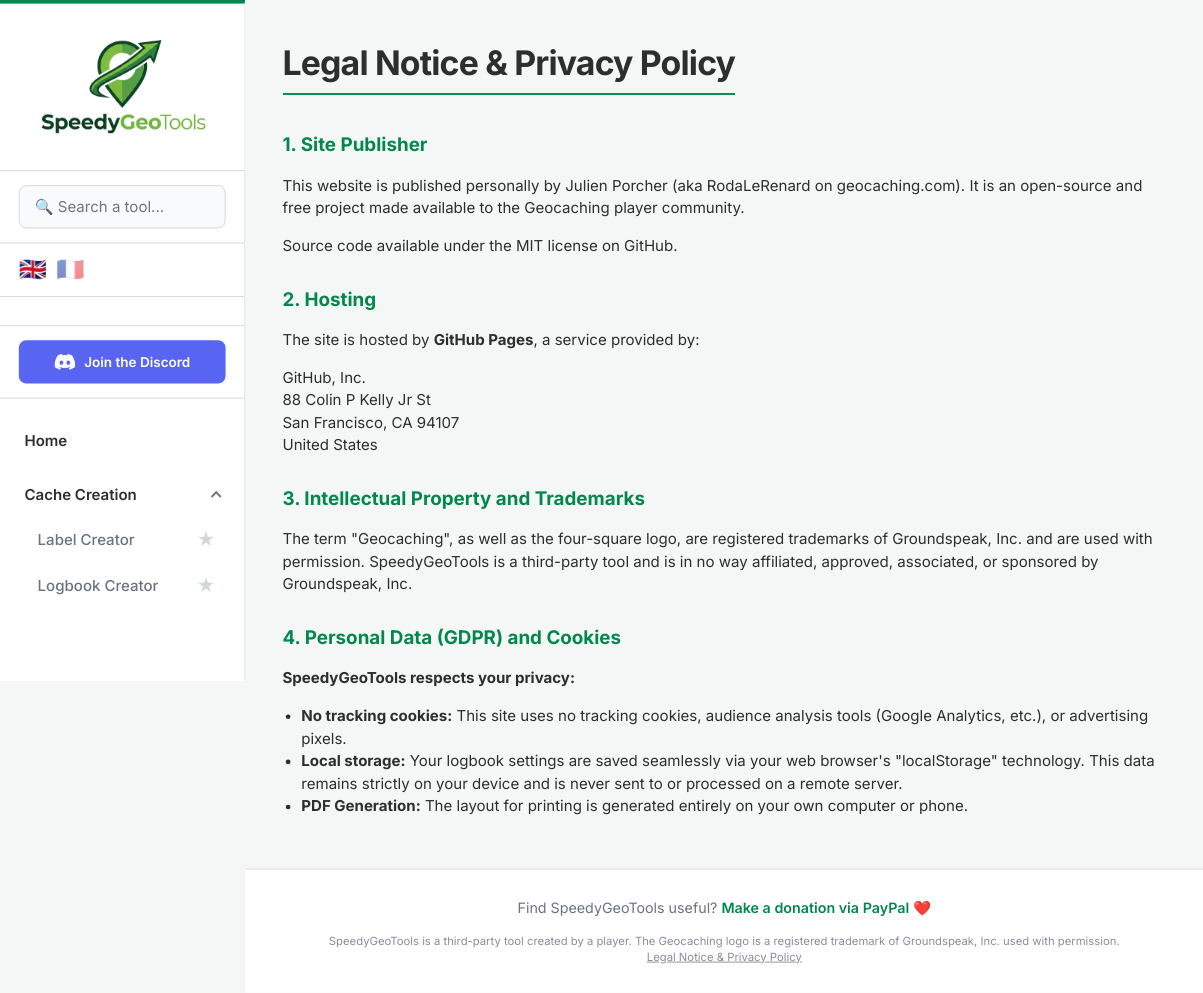
Repository: rodafux/SpeedyGeoTools
Page: legal.html
These files come from the project's save history. The page is drawn as it stood at one moment and after the next save; the edit follows.
The browser window is 1280 px wide. The pictures show the whole page, at 94% of full size.

Above is the page before, as saved 2026-04-11 01:43:03.

### legal.html
<!DOCTYPE html>
<html lang="en">
<head>
    <meta charset="UTF-8">
    <meta name="viewport" content="width=device-width, initial-scale=1.0">
    <title>Legal Notice - SpeedyGeoTools</title>
    <meta name="description" content="Legal notice and privacy policy of SpeedyGeoTools.">
    <link rel="alternate" hreflang="en" href="https://speedygeotools.com/legal.html" />
    <link rel="alternate" hreflang="fr" href="https://speedygeotools.com/fr/legal.html" />
    <link rel="alternate" hreflang="x-default" href="https://speedygeotools.com/legal.html" />
    <link rel="preconnect" href="https://fonts.googleapis.com">
    <link rel="preconnect" href="https://fonts.gstatic.com" crossorigin>
    <link href="https://fonts.googleapis.com/css2?family=Inter:wght@400;500;600;700&display=swap" rel="stylesheet">
    <link rel="stylesheet" href="css/style.css">
</head>
<body>
    <div class="app-sidebar no-print">
        <div class="sidebar-header">
            <a href="index.html" class="sidebar-brand">
                <img src="logo.png" alt="SpeedyGeoTools" class="brand-logo">
            </a>
            <button class="mobile-menu-toggle" onclick="toggleMobileMenu()">☰</button>
        </div>
        <div class="sidebar-content" id="sidebarContent">
            <div class="search-container">
                <input type="text" id="toolSearch" placeholder="🔍 Search a tool..." onkeyup="filterTools()">
            </div>
            <div style="padding: 10px 20px; border-bottom: 1px solid var(--border-color); display: flex; gap: 10px;">
                <a href="legal.html" style="text-decoration: none; font-size: 1.5rem; opacity: 1;">🇬🇧</a>
                <a href="fr/legal.html" style="text-decoration: none; font-size: 1.5rem; opacity: 0.5;">🇫🇷</a>
            </div>
            <div id="google_translate_element" class="translation-widget"></div>
            <div class="sidebar-discord">
                <a href="https://discord.gg/7D9yHJCKaA" target="_blank">
                    <svg viewBox="0 0 127.14 96.36" width="22" height="22" fill="currentColor"><path d="M107.7,8.07A105.15,105.15,0,0,0,81.47,0a72.06,72.06,0,0,0-3.36,6.83A97.68,97.68,0,0,0,49,6.83,72.37,72.37,0,0,0,45.64,0,105.89,105.89,0,0,0,19.39,8.09C2.79,32.65-1.71,56.6.54,80.21h0A105.73,105.73,0,0,0,32.71,96.36,77.7,77.7,0,0,0,39.6,85.25a68.42,68.42,0,0,1-10.85-5.18c.91-.66,1.8-1.34,2.66-2a75.57,75.57,0,0,0,64.32,0c.87.71,1.76,1.39,2.66,2a68.68,68.68,0,0,1-10.87,5.19,77,77,0,0,0,6.89,11.1A105.25,105.25,0,0,0,126.6,80.22h0C129.24,52.84,122.09,29.11,107.7,8.07ZM42.45,65.69C36.18,65.69,31,60,31,53s5-12.74,11.43-12.74S54,46,53.89,53,48.84,65.69,42.45,65.69Zm42.24,0C78.41,65.69,73.31,60,73.31,53s5-12.74,11.43-12.74S96.33,46,96.22,53,91.08,65.69,84.69,65.69Z"/></svg>
                    <span>Join the Discord</span>
                </a>
            </div>
            <div class="sidebar-nav">
                <a href="index.html">Home</a>
                <details open>
                    <summary>Cache Creation</summary>
                    <a href="labels.html">Label Creator</a>
                    <a href="logbook.html">Logbook Creator</a>
                </details>
            </div>
        </div>
    </div>
    <div class="app-content">
        <div class="container legal-content">
            <h1>Legal Notice & Privacy Policy</h1>
            <h2>1. Site Publisher</h2>
            <p>This website is published personally by Julien Porcher (aka RodaLeRenard on geocaching.com). It is an open-source and free project made available to the Geocaching player community.</p>
            <p>Source code available under the MIT license on GitHub.</p>
            <h2>2. Hosting</h2>
            <p>The site is hosted by <strong>GitHub Pages</strong>, a service provided by:</p>
            <p>GitHub, Inc.<br>88 Colin P Kelly Jr St<br>San Francisco, CA 94107<br>United States</p>
            <h2>3. Intellectual Property and Trademarks</h2>
            <p>The term "Geocaching", as well as the four-square logo, are registered trademarks of Groundspeak, Inc. and are used with permission. SpeedyGeoTools is a third-party tool and is in no way affiliated, approved, associated, or sponsored by Groundspeak, Inc.</p>
            <h2>4. Personal Data (GDPR) and Cookies</h2>
            <p><strong>SpeedyGeoTools respects your privacy:</strong></p>
            <ul>
                <li><strong>No tracking cookies:</strong> This site uses no tracking cookies, audience analysis tools (Google Analytics, etc.), or advertising pixels.</li>
                <li><strong>Local storage:</strong> Your logbook settings are saved seamlessly via your web browser's "localStorage" technology. This data remains strictly on your device and is never sent to or processed on a remote server.</li>
                <li><strong>PDF Generation:</strong> The layout for printing is generated entirely on your own computer or phone.</li>
            </ul>
        </div>
        <footer class="site-footer no-print">
            <p>Find SpeedyGeoTools useful? <a href="https://paypal.me/JulienPorcher" target="_blank" rel="noopener noreferrer">Make a donation via PayPal</a> ❤️</p>
            <p class="disclaimer">
                SpeedyGeoTools is a third-party tool created by a player. The Geocaching logo is a registered trademark of Groundspeak, Inc. used with permission.<br>
                <a href="legal.html">Legal Notice & Privacy Policy</a>
            </p>
        </footer>
    </div>
    <script type="text/javascript" src="//translate.google.com/translate_a/element.js?cb=googleTranslateElementInit"></script>
    <script src="js/main.js"></script>
</body>
</html>

### css/style.css
:root {
    --primary-color: #02874D;
    --primary-hover: #01683B;
    --secondary-color: #F26522;
    --secondary-hover: #D9561C;
    --bg-body: #f4f7f5;
    --bg-surface: #ffffff;
    --text-main: #2b302c;
    --text-muted: #6b7280;
    --border-color: #d1d9d4;
    --shadow-sm: 0 1px 2px 0 rgba(0, 0, 0, 0.05);
    --shadow-md: 0 4px 6px -1px rgba(0, 0, 0, 0.1), 0 2px 4px -1px rgba(0, 0, 0, 0.06);
    --radius: 10px;
}
body {
    font-family: 'Inter', system-ui, -apple-system, sans-serif;
    margin: 0; padding: 0; background-color: var(--bg-body); color: var(--text-main);
    line-height: 1.5; display: flex; min-height: 100vh;
}
.app-sidebar {
    width: 260px; background-color: var(--bg-surface); border-right: 1px solid var(--border-color);
    display: flex; flex-direction: column; position: sticky; top: 0; height: 100vh; z-index: 1000;
    border-top: 4px solid var(--primary-color);
}
.sidebar-header {
    display: flex; justify-content: space-between; align-items: center; border-bottom: 1px solid var(--border-color);
    width: 100%; box-sizing: border-box; background-color: var(--bg-surface); z-index: 1001;
}
.sidebar-brand {
    padding: 24px 20px; display: flex; align-items: center; justify-content: center;
    text-decoration: none; overflow: hidden; width: 100%; box-sizing: border-box;
}
.brand-logo {
    width: 100%; max-width: 200px; height: auto; object-fit: contain; transform: scale(1.4); margin: 10px 0;
}
.mobile-menu-toggle {
    display: none; background: transparent !important; border: none; font-size: 2rem; cursor: pointer;
    color: var(--text-main); padding: 5px 20px; box-shadow: none !important; width: auto; margin: 0; flex-shrink: 0;
}
.sidebar-content {
    display: flex; flex-direction: column; flex: 1; overflow-y: auto;
}
.search-container {
    padding: 15px 20px; border-bottom: 1px solid var(--border-color);
}
.search-container input {
    width: 100%; padding: 10px 15px; font-size: 0.95rem; font-family: inherit; color: var(--text-main);
    background-color: var(--bg-body); border: 1px solid var(--border-color); border-radius: 20px; box-sizing: border-box; transition: all 0.2s;
}
.search-container input:focus {
    outline: none; border-color: var(--primary-color); background-color: #fff; box-shadow: 0 0 0 3px rgba(2, 135, 77, 0.15);
}
.translation-widget { padding: 15px 20px; border-bottom: 1px solid var(--border-color); }
.goog-te-gadget { color: transparent !important; font-size: 0px; }
.goog-logo-link { display: none !important; }
.goog-te-combo {
    width: 100%; padding: 10px; font-size: 0.9rem; font-family: 'Inter', sans-serif;
    color: var(--text-main); background-color: #f9fafb; border: 1px solid var(--border-color);
    border-radius: 8px; outline: none; cursor: pointer; box-sizing: border-box;
}
.goog-te-combo:focus { border-color: var(--primary-color); box-shadow: 0 0 0 3px rgba(2, 135, 77, 0.15); }
.sidebar-discord { padding: 15px 20px; border-bottom: 1px solid var(--border-color); }
.sidebar-discord a {
    display: flex; align-items: center; justify-content: center; gap: 10px;
    background-color: #5865F2; color: white !important; text-decoration: none !important;
    padding: 12px 15px; border-radius: 8px; font-weight: 600; font-size: 0.9rem;
    transition: background-color 0.2s, transform 0.1s;
}
.sidebar-discord a:hover { background-color: #4752C4; }
.skiptranslate iframe, .goog-te-banner-frame { display: none !important; }
body { top: 0px !important; position: static !important; }
#goog-gt-tt, .goog-te-balloon-frame, div[id^="goog-gt-"] { display: none !important; }
.goog-text-highlight { background-color: transparent !important; box-shadow: none !important; }
.sidebar-nav { padding: 20px 10px; display: flex; flex-direction: column; gap: 5px; }
.sidebar-nav details { margin-bottom: 5px; }
.sidebar-nav summary {
    cursor: pointer; padding: 12px 16px; color: var(--text-main); font-weight: 600;
    list-style: none; outline: none; border-radius: 8px; transition: background 0.2s; position: relative;
}
.sidebar-nav summary::-webkit-details-marker { display: none; }
.sidebar-nav summary:hover { background-color: var(--bg-body); }
.sidebar-nav summary::after {
    content: ""; position: absolute; right: 16px; top: calc(50% - 2px); width: 6px; height: 6px;
    border-right: 2px solid var(--text-muted); border-bottom: 2px solid var(--text-muted);
    transform: translateY(-50%) rotate(45deg); transition: transform 0.2s ease-in-out;
}
.sidebar-nav details[open] summary::after { transform: translateY(-50%) rotate(-135deg); top: calc(50% + 2px); }
.sidebar-nav > a {
    padding: 12px 16px; color: var(--text-main); font-weight: 600; text-decoration: none;
    border-radius: 8px; transition: all 0.2s; display: block; margin-bottom: 5px;
}
.sidebar-nav > a:hover { background-color: var(--bg-body); }
.sidebar-nav > a.active { background-color: rgba(2, 135, 77, 0.1); color: var(--primary-color); border-left: 3px solid var(--primary-color); }
.sidebar-nav details a {
    padding: 10px 16px 10px 30px; color: var(--text-muted); text-decoration: none;
    font-weight: 500; border-radius: 8px; transition: all 0.2s; display: flex; justify-content: space-between; align-items: center;
}
.sidebar-nav details a:hover { background-color: var(--bg-body); color: var(--text-main); }
.sidebar-nav details a.active { background-color: rgba(2, 135, 77, 0.1); color: var(--primary-color); font-weight: 600; border-left: 3px solid var(--primary-color); }
.star-btn { color: #d1d9d4; font-size: 1.2rem; cursor: pointer; transition: color 0.2s, transform 0.2s; padding: 0 5px; }
.star-btn:hover { color: var(--primary-color); transform: scale(1.2); }
.star-btn.active { color: var(--primary-color); }
.app-content { flex: 1; display: flex; flex-direction: column; min-width: 0; min-height: 100vh; }
.container { padding: 40px 30px; max-width: 1000px; margin: 0 auto; flex: 1; width: 100%; box-sizing: border-box; }
h1 { font-size: 2.25rem; font-weight: 700; color: var(--text-main); margin-top: 0; margin-bottom: 8px; letter-spacing: -0.025em; border-bottom: 2px solid var(--primary-color); display: inline-block; padding-bottom: 5px; }
p.subtitle { font-size: 1.1rem; color: var(--text-muted); margin-bottom: 30px; margin-top: 10px; }
.welcome-message {
    background-color: rgba(2, 135, 77, 0.05); border-left: 4px solid var(--primary-color);
    padding: 15px 20px; border-radius: 8px; margin-bottom: 30px; font-size: 0.95rem; color: var(--text-main); line-height: 1.6;
}
.welcome-message p { margin: 0; }
.home-grid { display: flex; gap: 20px; align-items: stretch; flex-wrap: wrap; }
.home-grid > a { flex: 1; min-width: 280px; display: flex; }
.tool-card {
    background-color: var(--bg-surface); border: 1px solid var(--border-color); border-radius: var(--radius);
    padding: 24px; cursor: pointer; transition: all 0.3s ease; box-shadow: var(--shadow-sm);
    margin-bottom: 20px; position: relative; overflow: hidden; width: 100%; box-sizing: border-box; border-top: 4px solid var(--primary-color);
}
.tool-card::before {
    content: ""; position: absolute; top: 0; left: 0; width: 4px; height: 100%;
    background-color: var(--secondary-color); transform: scaleY(0); transition: transform 0.3s ease; transform-origin: bottom;
}
.tool-card:hover { box-shadow: var(--shadow-md); transform: translateY(-2px); border-color: transparent; }
.tool-card:hover::before { transform: scaleY(1); }
.tool-card h2 { margin-top: 0; color: var(--primary-color); font-size: 1.25rem; font-weight: 600; margin-bottom: 8px; }
.tool-card p { margin: 0; color: var(--text-muted); font-size: 0.95rem; }
.widget-container {
    margin-top: 40px; background-color: var(--bg-surface); border: 1px solid var(--border-color);
    border-radius: var(--radius); padding: 30px 24px; text-align: center; box-shadow: var(--shadow-sm); border-top: 4px solid var(--primary-color);
}
.widget-container h2 { color: var(--primary-color); font-size: 1.25rem; margin-top: 0; margin-bottom: 8px; }
.widget-container p { color: var(--text-muted); margin-bottom: 20px; font-size: 0.95rem; }
.iframe-wrapper { display: flex; justify-content: center; }
.iframe-wrapper iframe { max-width: 100%; border-radius: 8px; box-shadow: var(--shadow-md); }
.main-layout { display: flex; gap: 30px; align-items: flex-start; }
.controls-panel {
    flex: 1; background-color: var(--bg-surface); padding: 30px; border-radius: var(--radius);
    box-shadow: var(--shadow-md); border: 1px solid var(--border-color); border-top: 4px solid var(--primary-color);
}
#cachesListContainer > div {
    background-color: #f9fafb; border: 1px solid var(--border-color); border-left: 5px solid var(--primary-color);
    padding: 20px; margin-bottom: 20px; border-radius: 8px; box-shadow: var(--shadow-sm); position: relative; transition: box-shadow 0.2s ease;
}
#cachesListContainer > div:hover { box-shadow: var(--shadow-md); }
#cachesListContainer > div:nth-child(even) { background-color: #ffffff; border-left: 5px solid var(--secondary-color); }
#cachesListContainer > div h3 { margin-top: 0; margin-bottom: 15px; color: var(--text-main); font-size: 1.1rem; border-bottom: 1px solid var(--border-color); padding-bottom: 8px; }
.form-group { margin-bottom: 20px; }
.emergency-toggle { background-color: #ffebee; padding: 15px; border-radius: 8px; border: 1px solid #ffcdd2; margin-bottom: 25px; border-left: 4px solid #d32f2f; }
.checkbox-group { display: flex; align-items: center; gap: 10px; }
.sub-checkbox { margin-left: 25px; margin-top: -10px; }
.checkbox-group input { width: auto; accent-color: var(--primary-color); }
label { display: block; font-weight: 500; color: var(--text-main); margin-bottom: 8px; font-size: 0.95rem; }
.checkbox-group label { margin-bottom: 0; }
input[type="text"], input[type="number"], input[type="file"], select {
    width: 100%; padding: 12px 16px; font-size: 1rem; font-family: inherit; color: var(--text-main);
    background-color: #f9fafb; border: 1px solid var(--border-color); border-radius: 8px; box-sizing: border-box; transition: all 0.2s;
}
input[type="text"]:focus, input[type="number"]:focus, select:focus { outline: none; border-color: var(--primary-color); background-color: #fff; box-shadow: 0 0 0 3px rgba(2, 135, 77, 0.15); }
button {
    width: 100%; background-color: var(--primary-color); color: white; border: none; padding: 14px 20px;
    font-size: 1rem; font-weight: 600; font-family: inherit; border-radius: 8px; cursor: pointer; transition: background-color 0.2s, transform 0.1s;
    margin-top: 10px; box-shadow: var(--shadow-sm);
}
button:hover { background-color: var(--primary-hover); box-shadow: var(--shadow-md); }
button:active { transform: scale(0.98); }
.btn-secondary { background-color: var(--secondary-color) !important; color: white !important; }
.btn-secondary:hover { background-color: var(--secondary-hover) !important; }
.btn-outline { background-color: var(--bg-body) !important; color: var(--text-main) !important; border: 1px solid var(--border-color) !important; box-shadow: none !important; }
.btn-outline:hover { background-color: #e2e8f0 !important; }
.site-footer {
    text-align: center; padding: 30px 20px; background-color: var(--bg-surface); border-top: 1px solid var(--border-color);
    color: var(--text-muted); font-size: 0.95rem; margin-top: auto;
}
.site-footer p { margin: 0; }
.site-footer a { color: var(--primary-color); text-decoration: none; font-weight: 600; transition: color 0.2s ease; }
.site-footer a:hover { color: var(--secondary-color); text-decoration: underline; }
.site-footer .disclaimer { font-size: 0.75rem; color: var(--text-muted); margin-top: 15px; line-height: 1.4; opacity: 0.8; }
.site-footer .disclaimer a { color: var(--text-muted); font-weight: normal; text-decoration: underline; }
.legal-content h2 { font-size: 1.25rem; color: var(--primary-color); margin-top: 30px; margin-bottom: 10px; }
.legal-content p, .legal-content ul { margin-bottom: 15px; color: var(--text-main); }
.legal-content ul { padding-left: 20px; }
#render-area { display: none; }
@media (max-width: 768px) {
    body { flex-direction: column; }
    .app-sidebar { width: 100%; height: auto; position: sticky; border-right: none; border-bottom: none; }
    .sidebar-header { padding: 10px 0; }
    .sidebar-brand { padding: 5px 20px; width: auto; justify-content: flex-start; }
    .brand-logo { max-width: 150px; transform: scale(1.1); margin: 0; }
    .mobile-menu-toggle { display: block; }
    .sidebar-content {
        display: none; position: absolute; top: 100%; left: 0; width: 100%; background-color: var(--bg-surface);
        box-shadow: var(--shadow-md); max-height: calc(100vh - 70px); overflow-y: auto; flex-direction: column; border-bottom: 1px solid var(--border-color);
    }
    .sidebar-content.active { display: flex; }
    .main-layout { flex-direction: column-reverse; }
}

Loaded but not shown: js/main.js (199 lines, source omitted)

After the next save:
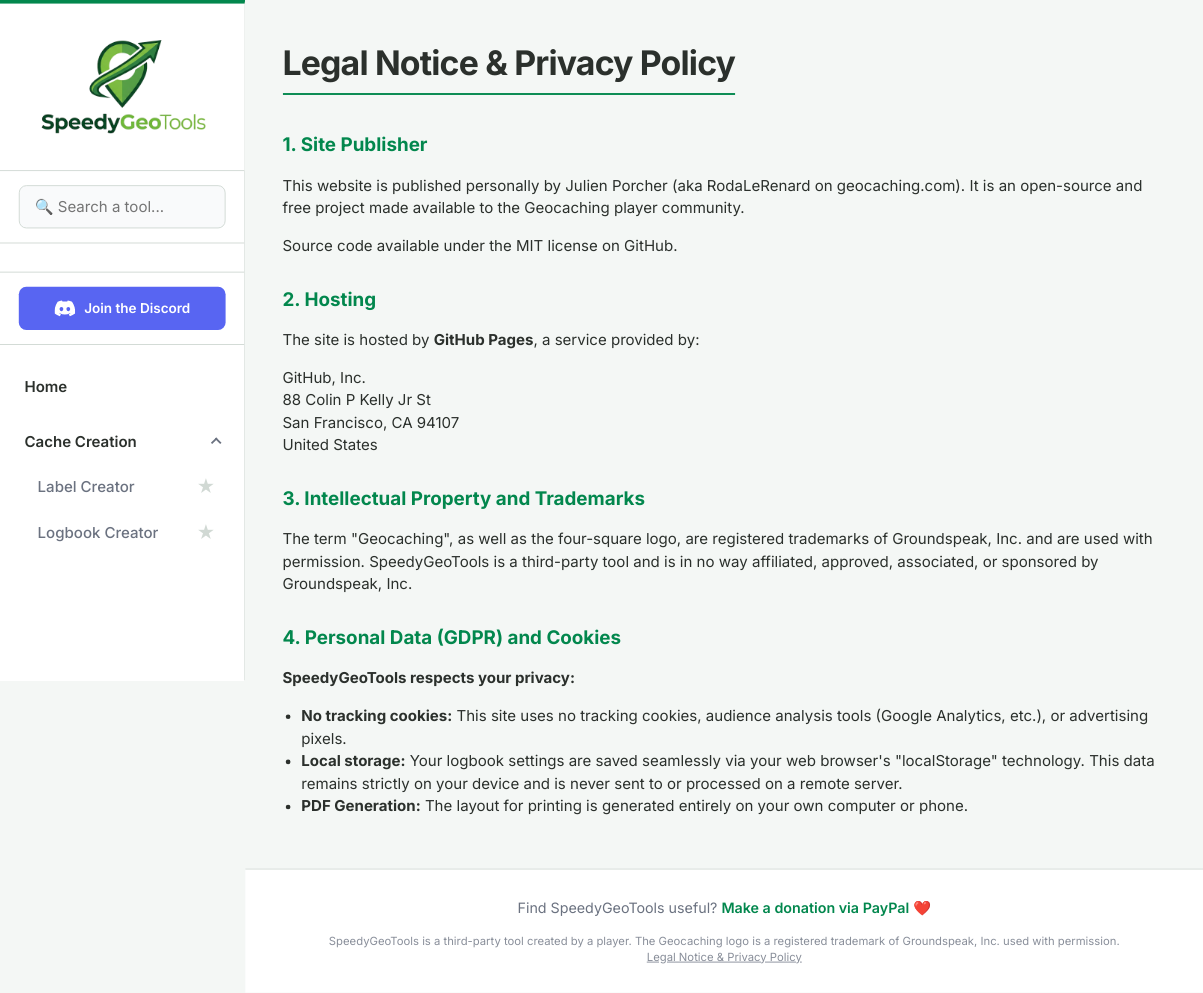
Saved 9 s later.
--- a/legal.html
+++ b/legal.html
@@ -12,6 +12,16 @@
     <link rel="preconnect" href="https://fonts.gstatic.com" crossorigin>
     <link href="https://fonts.googleapis.com/css2?family=Inter:wght@400;500;600;700&display=swap" rel="stylesheet">
     <link rel="stylesheet" href="css/style.css">
+    <script>
+        (function() {
+            var supportedLangs = ['fr'];
+            var userLang = (navigator.language || navigator.userLanguage).substring(0, 2).toLowerCase();
+            if (!sessionStorage.getItem('lang_redirect') && supportedLangs.indexOf(userLang) !== -1) {
+                sessionStorage.setItem('lang_redirect', 'true');
+                window.location.replace(userLang + '/legal.html' + window.location.search);
+            }
+        })();
+    </script>
 </head>
 <body>
     <div class="app-sidebar no-print">
@@ -24,10 +34,6 @@
         <div class="sidebar-content" id="sidebarContent">
             <div class="search-container">
                 <input type="text" id="toolSearch" placeholder="🔍 Search a tool..." onkeyup="filterTools()">
-            </div>
-            <div style="padding: 10px 20px; border-bottom: 1px solid var(--border-color); display: flex; gap: 10px;">
-                <a href="legal.html" style="text-decoration: none; font-size: 1.5rem; opacity: 1;">🇬🇧</a>
-                <a href="fr/legal.html" style="text-decoration: none; font-size: 1.5rem; opacity: 0.5;">🇫🇷</a>
             </div>
             <div id="google_translate_element" class="translation-widget"></div>
             <div class="sidebar-discord">
